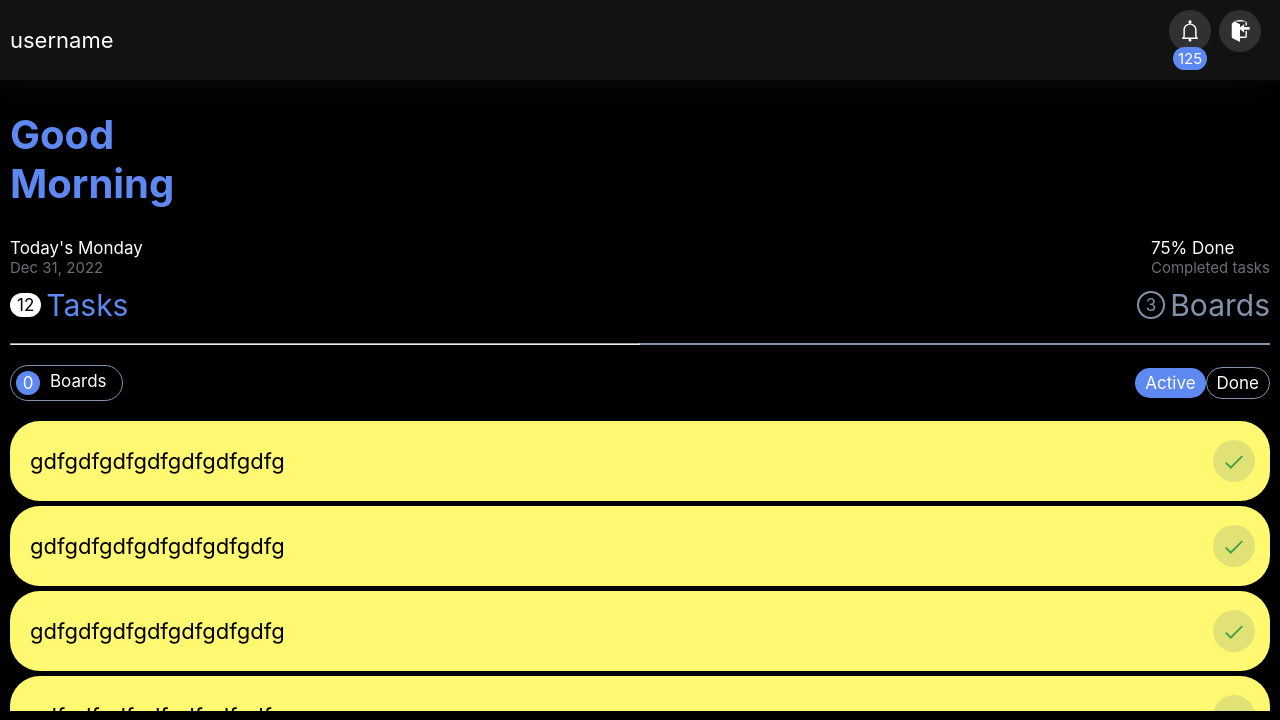
Repository: ShindanoSingi/todo-app
Page: /
The author's editor kept a copy of each file at every save. The page is drawn from the files as they stood at one save, then again after the next save.
The browser window is 1280 px wide. The pictures show the whole page.
The project was rebuilt for these pictures with package versions that can differ from the ones it lists, and the page was loaded fresh each time. Also part of the build but not shown: src/pages/LandingPage.js.

Above is the page before, as saved 2023-01-01 19:40:51.

After the next save:
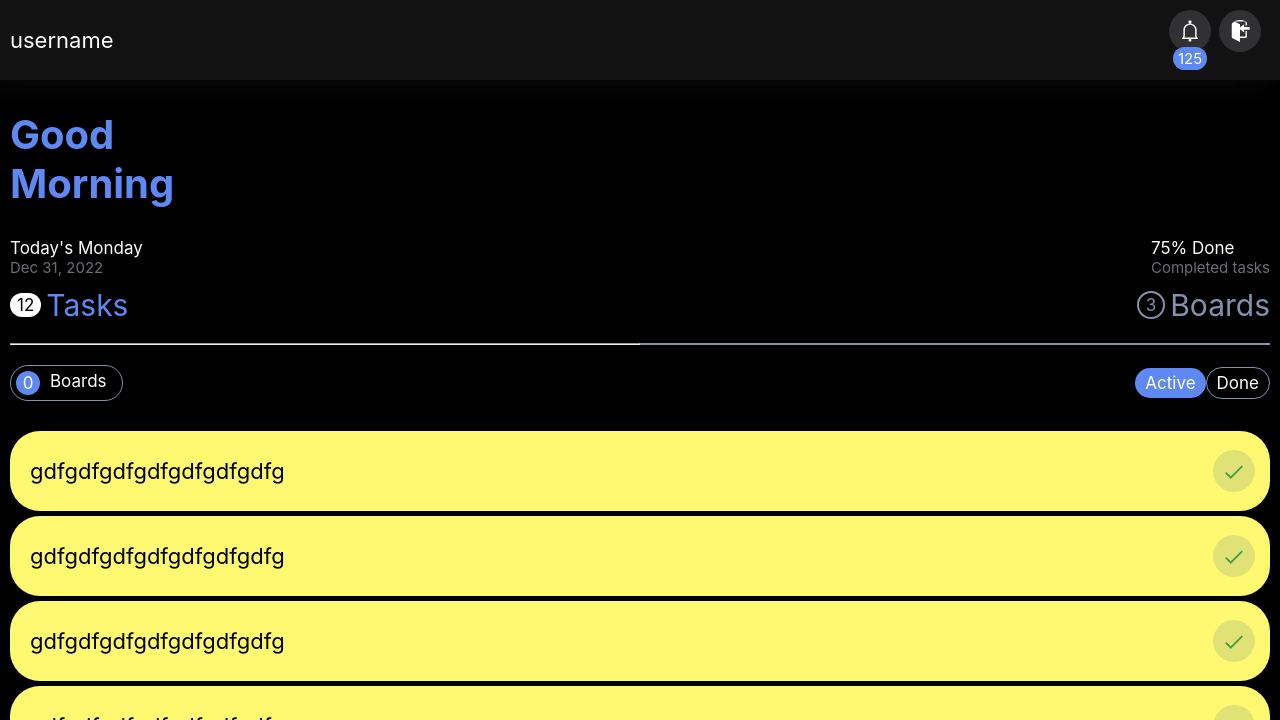
Saved 24 s later.
--- a/src/index.css
+++ b/src/index.css
@@ -259,6 +259,7 @@ h2 {
   gap: 5px;
   max-height: 290px;
   overflow-y: scroll;
+  padding: 10px 0;
 }
 
 .main {
